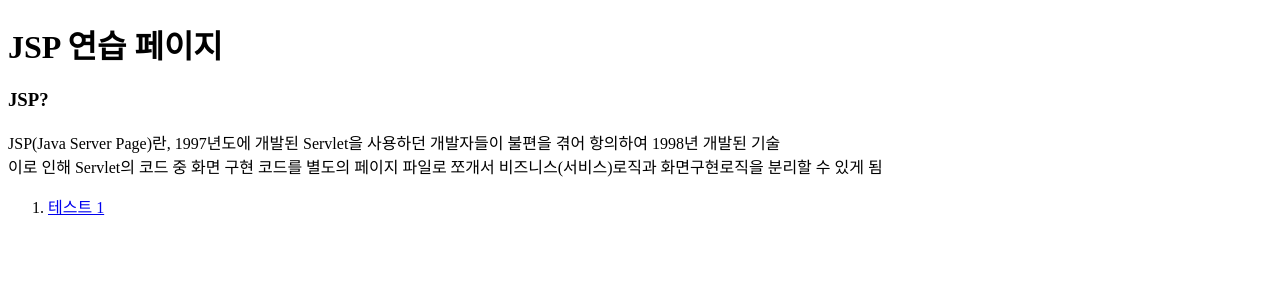
Repository: steeveelee2/WEB_Study
Page: http://localhost/jspProject/
The author's editor kept a copy of each file at every save. The page is drawn from the files as they stood at one save, then again after the next save.
The browser window is 1280 px wide. The pictures show the whole page.
The page is served by Tomcat 9.

Above is the page before, as saved 2018-10-15 01:36:08.

After the next save:
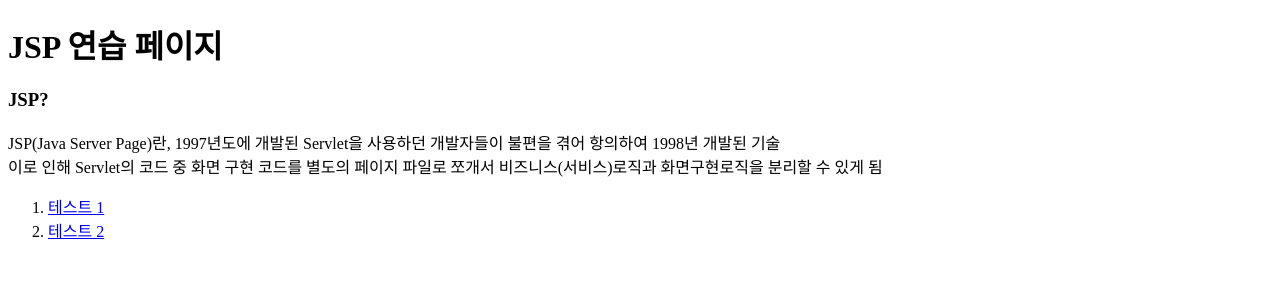
Saved 25 s later.
--- a/webWorkspace/jspProject/web/index.jsp
+++ b/webWorkspace/jspProject/web/index.jsp
@@ -16,6 +16,9 @@
 		<li>
 			<a href="views/01_sum.jsp">테스트 1</a>
 		</li>
+		<li>
+			<a href="views/02_date.jsp">테스트 2</a>
+		</li>
 	</ol>
 </body>
 </html>
